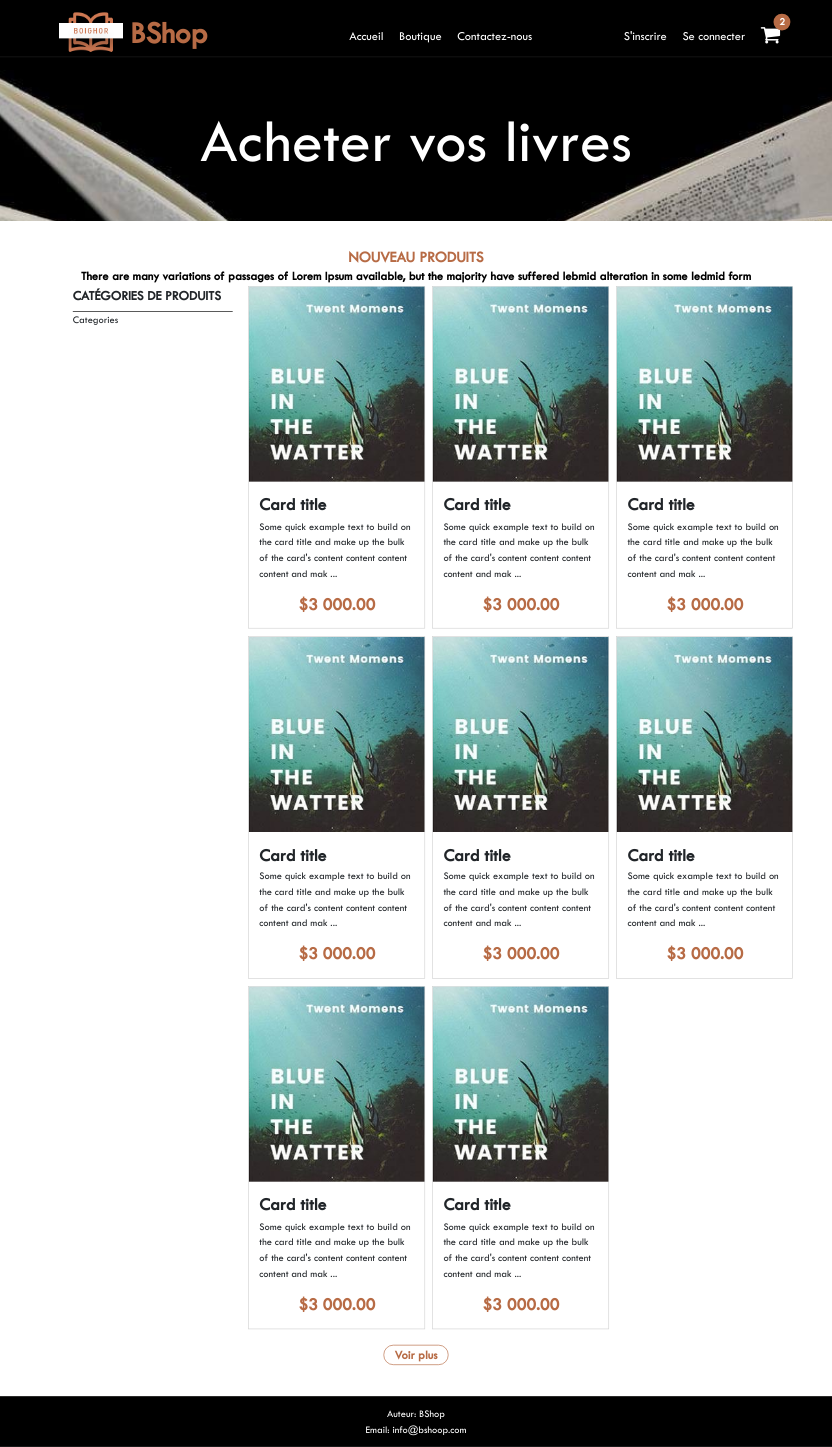
Repository: padevft/e-commerce-php
Page: http://localhost/server/pages/shop.php
The author's editor kept a copy of each file at every save. The page is drawn from the files as they stood at one save, then again after the next save.
The browser window is 1280 px wide. The pictures show the whole page, at 65% of full size.
The page is run by PHP 8.4 with error messages shown; the project is at /var/www/html/.

Above is the page before, as saved 2023-09-18 11:14:03.

### server/pages/shop.php
<?php
require_once('../includes/utilitaires.inc.php');
?>
<!DOCTYPE html>
<html lang="en">

<head>
  <meta charset="UTF-8" />
  <meta name="viewport" content="width=device-width, initial-scale=1.0" />
  <title>Boutique en ligne</title>
  <link rel="stylesheet" href="../../client/css/styles.css">
  <link rel="stylesheet" href="../../client/utilitaires/bootstrap/css/bootstrap.min.css">
  <link rel="stylesheet" href="../../client/utilitaires/font-awesome-4.7.0/css/font-awesome.min.css">

</head>

<body>
  <div class="container-app">
    <?php
    require_once('../includes/header.inc.php');
    ?>
    <main>
      <div class="d-flex align-items-center justify-content-center pt-5 container-intro">
        <span class="text-intro">
          Acheter vos livres
        </span>
      </div>
      <div class="container-products">
        <div class="d-flex flex-column align-items-center justify-content-center gap-2">
          <span class="text-intro-1"> NOUVEAU PRODUITS</span>
          <span class="text-intro-2">There are many variations of passages of Lorem Ipsum available, but the majority have suffered lebmid alteration in some ledmid form
          </span>
        </div>
        <?php
        $products = getProducts();
        ?>
        <div class="content-products">
          <div class="row">
            <div class="col-sm-4 col-md-3">
              <div class="container-text-category pb-2">
                <span class="text-category">CATÉGORIES DE PRODUITS</span>
              </div>
              <div><span>Categories</span></div>
            </div>
            <div class="col-sm-8 col-md-9">
              <div class="grid-products-shop">
                <?php foreach ($products as $product) : ?>
                  <?= getHtmlProucut($product) ?>
                <?php endforeach; ?>
              </div>
            </div>
            <div class="d-flex align-items-center justify-content-center pt-4">
              <a href="./index.php" class="view-plus px-3">Voir plus</a>
            </div>
          </div>
        </div>
      </div>
  </div>
  </main>
  <?php
  require_once('../includes/footer.inc.php');
  ?>
  <script src="../../client/utilitaires/Jquery/jquery-3.6.0.min.js"></script>
  <script src="../../client/utilitaires/bootstrap/js/bootstrap.min.js"></script>
</body>

</html>

### server/includes/utilitaires.inc.php
<?php

function getProducts()
{
    $liste = array();
    $liste[0] = 1;
    $liste[1] = 1;
    $liste[2] = 1;
    $liste[3] = 1;
    $liste[4] = 1;
    $liste[5] = 1;
    $liste[6] = 1;
    $liste[7] = 1;
    return $liste;
}

$des = 'Some quick example text to build on the card title and make up the bulk of the card\'s content content content content and make up the bulk of the card and make up the bulk of the card and make up the bulk of the card. ';


function getSubDescription($inputString)
{
    if (strlen($inputString) <= 125) {
        return $inputString;
    }
    $result = substr($inputString, 0, 125) . ' ...';
    return $result;
}

function formatPrice($price)
{
    return number_format($price, 2, '.', ' ');
}

function getURL()
{
    if (isset($_SERVER['HTTPS']) && $_SERVER['HTTPS'] === 'on') {
        // La connexion est sécurisée via HTTPS
        $protocole = 'https://';
    } else {
        // La connexion n'est pas sécurisée, utilisez HTTP
        $protocole = 'http://';
    }
    $url = $protocole . $_SERVER['SERVER_NAME'] . ':' . $_SERVER['SERVER_PORT'] . '/shop-online';
    return $url;
}


function getHtmlProucut($product)
{
    global $des;
    $html = <<<HTML
    <div class="card position-relative item-product">
    HTML;
    $html .= '<img class="object-fit-cover" src="' . getURL() . '/client/images/p-3.jpg" alt="...">';
    $html .= '<div class="card-body">
            <span class="card-title title-product">Card title</span>';
    $html .= '<p class="card-text text-des">' . getSubDescription($des) . '</p>';
    $html .= '<div class="d-flex justify-content-center"><span class="text-price">$' . formatPrice(3000) . '</span></div>';
    $html .= <<<HTML
        </div>
        <div class="hover-product">
            <div class="options">
                <div class="icons-options">
                    <a href="#" class="icon">
                        <i class="fa fa-shopping-cart"></i>
                    </a>
                    <a href="#" class="icon">
                        <i class="fa fa-eye"></i>
                    </a>
                </div>
            </div>
        </div>
    </div>
    HTML;

    return $html;
}

### server/includes/header.inc.php
<header>
    <nav class="container-nav">
        <div class="row align-items-center">
            <div class="col-12 col-sm-4">
                <div class="d-flex flex-row align-items-center">
                    <a class="container-logo" href="./index.html">
                        <img src="<?= getURL() ?>/client/images/logo.png" />

                    </a>
                    <span class="text-logo">BShop</span>
                </div>
            </div>
            <div class="col-md-4">
                <div class="container-menu mt-2">
                    <ul class="d-flex flex-row align-items-center justify-content-end gap-4 menu">
                        <li><a href="<?= getURL() ?>/index.php" class="menu-item">Accueil</a></li>
                        <li><a href="<?= getURL() ?>/server/pages/shop.php" class="menu-item">Boutique</a></li>
                        <li><a href="<?= getURL() ?>/server/pages/shop.php" class="menu-item">Contactez-nous</a></li>
                    </ul>
                </div>
            </div>
            <div class="col-6 col-md-4">
                <div class="d-flex align-items-center gap-4 justify-content-end mt-2">
                    <div class="container-menu">
                        <ul class="d-flex align-items-center gap-4 menu">
                            <li> <a href="./index.html" class="menu-item">S'inscrire</a></li>
                            <li> <a href="./index.html" class="menu-item">Se connecter</a></li>
                        </ul>

                    </div>
                    <div class="position-relative container-shopping-cart">
                        <span><i class="fa fa-shopping-cart shopping-cart"></i></span>
                        <span class="position-absolute number-product">2</span>
                    </div>
                </div>

            </div>

        </div>
    </nav>
</header>

### server/includes/footer.inc.php
<footer>
    <div class="container-footer">
        <span>Auteur: BShop</span>
        <span>Email: info@bshoop.com</span>
    </div>

</footer>

### client/css/styles.css
/* var text-decoration */
@font-face {
  font-family: myfont;
  src: url(../utilitaires/fonts/ufonts.com_tw-cen-mt.ttf);
}

:root {
  --color-primary: #b76b45;
  --color-white-1: #fff;
  --color-bg-1: rgba(0, 0, 0, 0.366);
}

* {
  transition: all 0.5s ease;
}

body {
  font-family: myfont !important;
}
h1 {
  display: inline-flex;
  position: relative;
  cursor: pointer;
}

a {
  color: unset;
  outline: unset;
  text-decoration: none !important;
}

.container-app {
  background-image: url("../images/bg.jpg");
  background-repeat: no-repeat;
  background-size: cover;
  background-position: center;
}
ul {
  list-style-type: none; /* Retire les puces */
}

/*

****************************
Header
****************************

*/

header {
  padding-top: 15px;
  padding-bottom: 10px;
}

header ul {
  margin: 0 !important;
}
.container-nav {
  padding: 0 5rem;
  border-bottom: 1px solid rgba(255, 255, 255, 0.1);
}
.container-logo {
  width: 120px;
  height: 65px;
}
.container-logo img {
  width: 100%;
  height: 100%;
}
.text-logo {
  font-size: 3rem;
  font-weight: bold;
  color: var(--color-primary);
}
.menu-item {
  display: inline;
  position: relative;
  color: var(--color-white-1);
  padding-bottom: 5px;
  font-size: 1.2rem;
}

.menu-item:hover {
  color: var(--color-primary);
}
.menu-item::before {
  content: "";
  position: absolute;
  bottom: 0;
  left: 0;
  background: var(--color-primary);
  height: 2.5px;
  opacity: 1;
  visibility: visible;
  width: 0;
  -webkit-transition: 0.4s all ease-out;
  -o-transition: 0.4s all ease-out;
  transition: 0.4s all ease-out;
}
.menu-item:hover:before {
  width: 100%;
}

.number-product {
  bottom: 25px;
  font-weight: bold;
  color: var(--color-white-1);
  font-size: 1rem;
  height: 26px;
  line-height: 17px;
  width: 26px;
  background: var(--color-primary) none repeat scroll 0 0;
  border-radius: 100px;
  display: flex;
  justify-content: center;
  align-items: center;
  left: 20px;
}

.shopping-cart {
  color: var(--color-white-1);
  font-size: 2rem !important;
}
.container-shopping-cart:hover .shopping-cart {
  color: var(--color-primary);
  cursor: pointer;
  transform: scale(0.8);
}
.container-shopping-cart:hover .number-product {
  transform: scale(1.7);
  color: var(--color-primary);
  background: var(--color-white-1) none repeat scroll 0 0;
}
.text-intro {
  font-size: 6rem;
  color: var(--color-white-1);
}

/*

****************************
Main
****************************

*/

.container-intro {
  padding: 50px 0;
}
.container-products {
  background-color: var(--color-white-1);
  padding: 3rem 1rem;
}
.content-products,
.content-intro {
  padding: 0 6rem;
}
.text-intro-1 {
  color: var(--color-primary);
  font-size: 1.5rem;
  font-weight: 700;
  line-height: 15px;
}

.text-intro-2 {
  color: #000;
  font-size: 1.2rem;
  font-weight: 700;
}

.grid-products {
  display: grid;
  grid-template-columns: repeat(4, 1fr);
  grid-gap: 1rem;
  padding-top: 3rem;
}
.grid-products-shop {
  display: grid;
  grid-template-columns: repeat(3, 1fr);
  grid-gap: 0.7rem;
}

.item-product {
  cursor: pointer;
  width: 17rem;
  /* border: unset !important; */
  border-radius: unset !important;
}

.item-product .img-product {
  width: 100%;
  /* border-radius: 15px; */
}

.hover-product {
  width: 100%;
  height: 100%;
  background-color: var(--color-bg-1);
  position: absolute;
  left: 0;
  top: 0;
  /* border-radius: 0.375rem; */
  display: flex;
  justify-content: center;
  align-items: center;
  flex-direction: row;
  opacity: 0;
  transform: scale(0);
  transition: all 0.5s ease-in-out;
}

.item-product:hover .hover-product {
  opacity: 1;
  transform: scale(1);
}
.item-product img {
  width: 100%;
  height: 300px;
}

.hover-product span {
  color: white;
  font-weight: 500;
}

.title-product {
  font-weight: 800;
  font-size: 1.7rem !important;
}
.text-des {
  font-weight: 550;
}
.text-price {
  color: var(--color-primary);
  font-size: 1.7rem;
  font-weight: bold;
}
.options {
  transform: scaleX(0);
  transform-origin: top;
  transition: all 0.7s ease-in-out;
}

.item-product:hover .options {
  transform: scaleX(1);
}
.icons-options {
  display: flex;
  align-items: center;
  justify-content: center;
}

.icon {
  background-color: var(--color-primary);
  border-radius: 50%;
  width: 45px;
  height: 45px;
  display: flex;
  align-items: center;
  justify-content: center;
  margin: 0 1rem;
  cursor: pointer;
  transition: all 0.7s ease-in-out;
}

.icon:hover {
  background-color: var(--color-white-1);
}

.icon i {
  color: var(--color-white-1);
  font-size: 1.2rem;
}

.icon:hover i {
  color: var(--color-primary);
}

.view-plus {
  border: 1px solid var(--color-primary);
  color: var(--color-primary);
  background-color: var(--color-white-1);
  font-weight: 600;
  font-size: 1.2rem;
  border-radius: 15px;
  transition: all 0.7s cubic-bezier(0.68, -0.55, 0.265, 1.55);
}

.view-plus:hover {
  background-color: var(--color-primary);
  color: var(--color-white-1);
}

.container-text-category {
  /* padding: 0.8rem 0; */
  border-bottom: 1px solid #000;
}

.text-category {
  font-size: 1.3rem;
  font-weight: 700;
}

/*

****************************
footer
****************************

*/

footer {
  background-color: var(--color-white-1);
}
.container-footer {
  background-color: #000;
  display: flex;
  flex-direction: column;
  justify-content: center;
  align-items: center;
  padding: 15px 0;
}
.container-footer span {
  color: var(--color-white-1);
}

Loaded but not shown: client/utilitaires/bootstrap/css/bootstrap.min.css (library); client/utilitaires/font-awesome-4.7.0/css/font-awesome.min.css (library); client/utilitaires/Jquery/jquery-3.6.0.min.js (library); client/utilitaires/bootstrap/js/bootstrap.min.js (library)

After the next save:
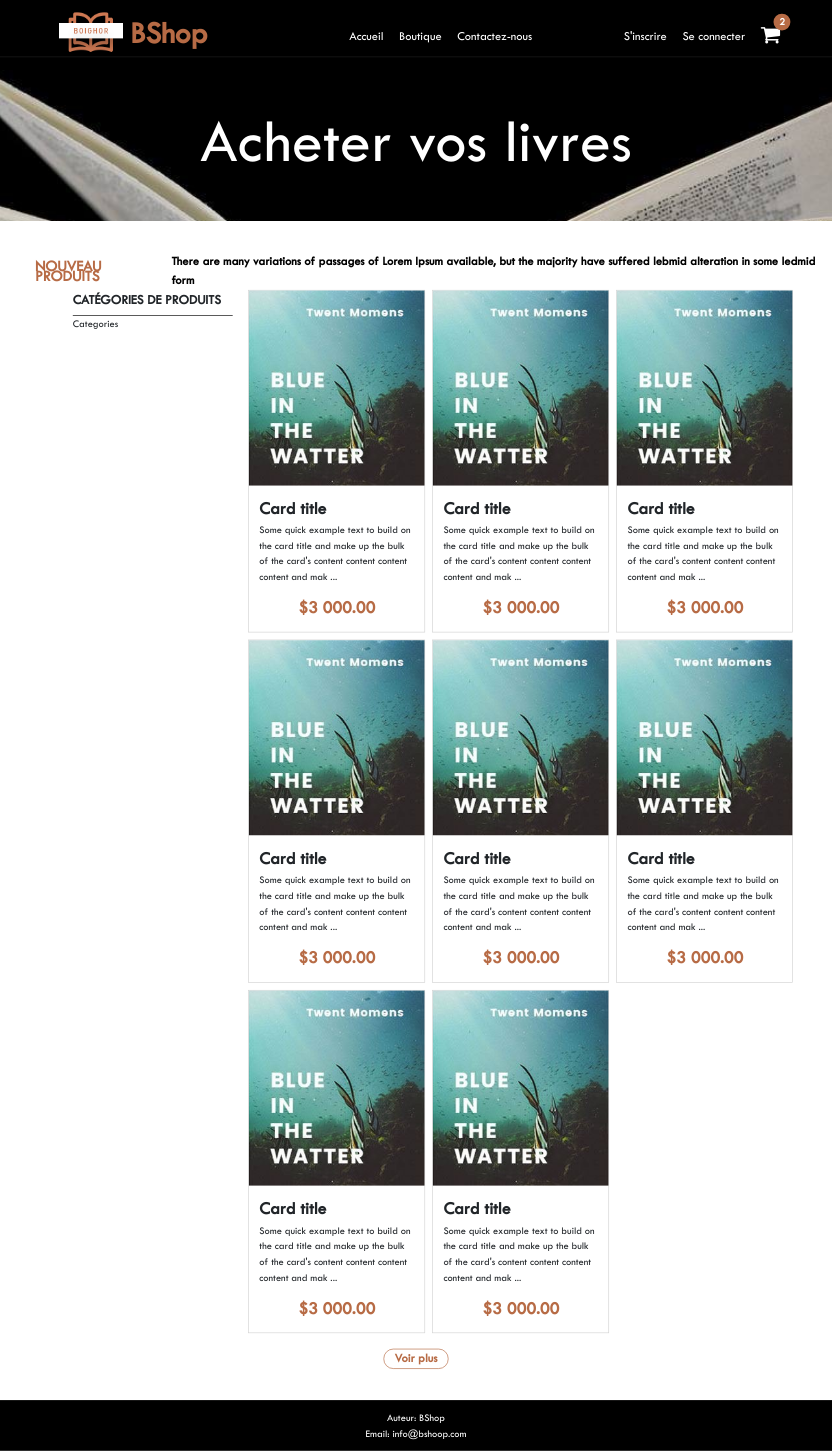
Saved 118 s later.
--- a/server/pages/shop.php
+++ b/server/pages/shop.php
@@ -26,7 +26,11 @@ require_once('../includes/utilitaires.inc.php');
         </span>
       </div>
       <div class="container-products">
-        <div class="d-flex flex-column align-items-center justify-content-center gap-2">
+        <div class="d-flex align-items-center justify-content-center gap-2">
+
+        <div class="d-flex align-items-center">
+            <span><i class="fa fa-shopping-cart shopping-cart"></i></span>
+        </div>
           <span class="text-intro-1"> NOUVEAU PRODUITS</span>
           <span class="text-intro-2">There are many variations of passages of Lorem Ipsum available, but the majority have suffered lebmid alteration in some ledmid form
           </span>
